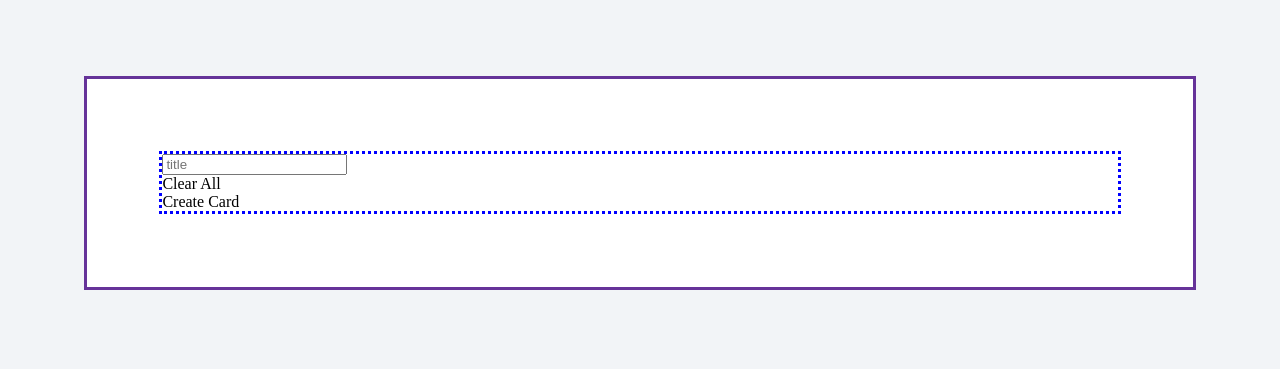
Repository: ReyhanehRahmani/TO-DO
Page: index.html
An editor plug-in stored every save of this project. The page is shown before and after the next save, followed by the edit.
The browser window is 1280 px wide. The pictures show the whole page.

Above is the page before, as saved 2025-06-07 22:12:41.

After the next save:
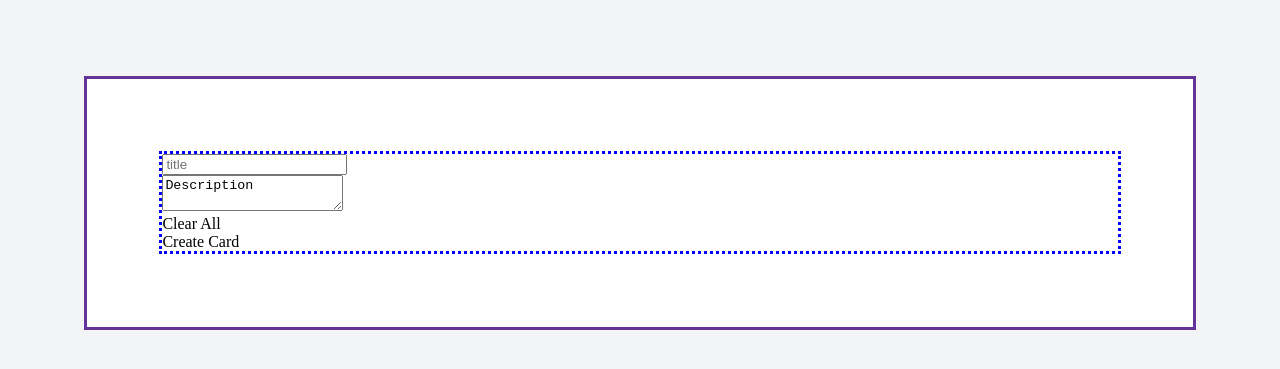
Saved 74 s later.
--- a/index.html
+++ b/index.html
@@ -19,7 +19,9 @@
                 <div id="title">
                     <input type="text" id="titlebox" minlength="3" maxlength="30" placeholder="title">
                 </div>
-                <div id="description"></div>
+                <div id="description">
+                    <textarea type="text" id="description" maxlength="200" placeholder="Description">Description</textarea>
+                </div>
                 <div id="buttons">
                     <div id="clear">Clear All</div>
                     <div id="creat">Create Card</div>
